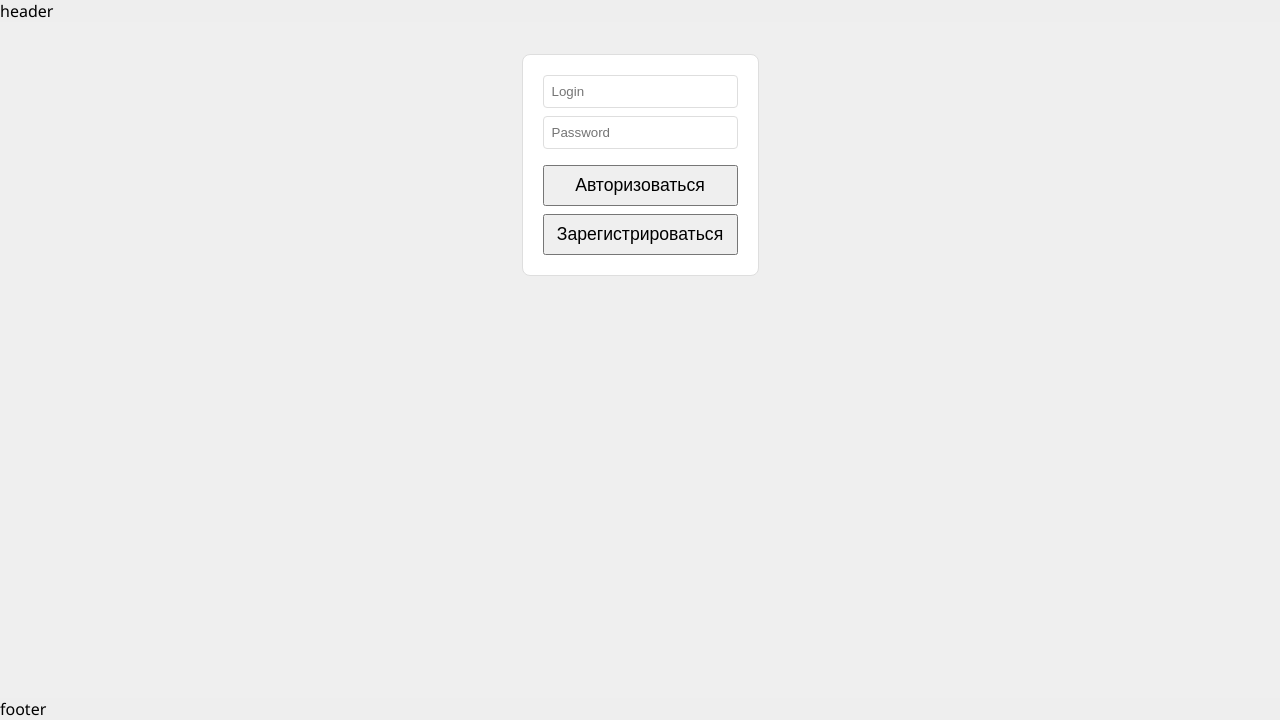
Repository: slep0y/fakeAuth
Page: index.html
The author's editor kept a copy of each file at every save. The page is drawn from the files as they stood at one save, then again after the next save.
The browser window is 1280 px wide. The pictures show the whole page.
The style sheet was rebuilt from its Sass, Less or Tailwind sources for each picture, by a compiler version that may differ from the author's.

Above is the page before, as saved 2025-01-19 18:11:48.

### index.html
<!DOCTYPE html>
<html lang="ru">
<head>
    <meta charset="UTF-8">
    <meta name="viewport" content="width=device-width, initial-scale=1.0">
    <!-- <link rel="stylesheet" href="./styles/special-style.css"> -->
    <link rel="stylesheet" href="/styles/style.css">
    <title>Document</title>
</head>
<body class="page">
    <header class="header">header</header>
    <main class="main">
        <section class="auth-section hidden">
            <div class="container">
                <div class="auth-section__inner">
                    <form action="*" class="form" id="authForm">
                        <div class="fieldgroup">
                            <input id="loginName" name="loginName" type="text" class="input" placeholder="Login">
                            <input id="loginPass" name="loginPass" type="password" class="input" placeholder="Password">
                        </div>
                        <div class="controls">
                            <button id="authButton" class="button">Авторизоваться</button>
                            <button id="regButton" class="button">Зарегистрироваться</button>
                        </div>
                    </form>
                </div>
            </div>
        </section>
        <section class="content hidden">
            <div class="container">
                <div class="content__inner">
                    <button id="exitButton" class="button">Выйти из профиля</button>
                    <h1>Приветствую</h1>
                </div>
            </div>
        </section>
    </main>
    <footer class="footer">footer</footer>

    <script src="./js/script.js"></script>
</body>
</html>

### js/script.js
let form = document.querySelector('#authForm'),
    authSection = document.querySelector('.auth-section'),
    content = document.querySelector('.content'),
    authButton = form.querySelector('#authButton'),
    regButton = form.querySelector('#regButton'),
    exitButton = document.querySelector('#exitButton'),
    loginName = form.querySelector('#loginName'),
    loginPass = form.querySelector('#loginPass');

function checkAuthData(){
    if(localStorage.getItem('authorize') && localStorage.getItem('userAuth')){
        let authName = localStorage.getItem('authorize'),
            usersBase = JSON.parse(localStorage.getItem('userAuth'));
        if(usersBase[authName]){
            content.classList.remove('hidden');
            authSection.classList.add('hidden');
            showMessage('Вы авторизованы как: ' + authName);
            cleanFields();
        }else{
            authSection.classList.remove('hidden');
            showMessage('Вы не авторизованы! Авторизуйтесь!');
        }
    }else{
        authSection.classList.remove('hidden');
        showMessage('Вы не авторизованы! Авторизуйтесь!');
    }
    cleanFields();
}

function authorize(e){
    e.preventDefault();
    let name = loginName.value,
        pass = loginPass.value;
    if(localStorage.getItem('userAuth')){
        let usersBase = JSON.parse(localStorage.getItem('userAuth'));
        if(usersBase[name] && pass == usersBase[name]['pass']){
            localStorage.setItem('authorize', name);
            checkAuthData();
        }else{
            showMessage('Неверные: Имя и Пароль');
        }
    }else{
        showMessage('Неверные: Имя и Пароль');
    }
}

function logout(e){
    e.preventDefault();
    localStorage.removeItem('authorize');
    showMessage('Вы вышли из профиля. Автризуйтесь!');
    content.classList.add('hidden');
    authSection.classList.remove('hidden');
}

function register(e){
    e.preventDefault();
    let name = loginName.value,
        pass = loginPass.value;
    if(name != '' && pass != ''){
        if(localStorage.getItem('userAuth')){
            let inBaseUserAuth = JSON.parse(localStorage.getItem('userAuth')),
                newUser = {
                    name: name,
                    pass: pass
                };
            inBaseUserAuth[name] = newUser;
            localStorage.setItem('userAuth', JSON.stringify(inBaseUserAuth));
            showMessage('Вы зарегистрированы! Авторизуйтесь!');
            cleanFields();
        }else{
            let newBaseUserAuth = {
                [name] : {
                    name: name,
                    pass: pass
                }
            };
            localStorage.setItem('userAuth', JSON.stringify(newBaseUserAuth));
            showMessage('Вы зарегистрированы! Авторизуйтесь!');
            cleanFields();
        }
    }
}

function showMessage(text){
    console.log(text);
}
function cleanFields(){
    loginName.value = '';
    loginPass.value = '';
}

checkAuthData();
authButton.onclick = authorize;
regButton.onclick = register;
exitButton.onclick = logout;

### styles/style.scss
@import "_base.scss";
@import "blocks/page/_page.scss";
@import "blocks/container/_container.scss";
@import "blocks/main/_main.scss";
@import "blocks/header/_header.scss";
@import "blocks/footer/_footer.scss";
@import "blocks/auth-section/_auth-section.scss";
@import "blocks/content/_content.scss";
@import "blocks/form/_form.scss";
@import "blocks/fieldgroup/_fieldgroup.scss";
@import "blocks/controls/_controls.scss";
@import "blocks/input/_input.scss";
@import "blocks/button/_button.scss";

### styles/_base.scss
:root{
    --segoe:'Segoe UI', Tahoma, Geneva, Verdana, sans-serif;
    --grey_lite: #dedede;
    --lite: #efefef;
}
body, html {
    margin: 0;
    padding: 0;
    height: 100%;
    font-family: var(--segoe);
}
*, *::after, *::before {
    box-sizing: border-box;
}
section{
    padding-block: 2rem;
}

### styles/blocks/page/_page.scss
.page{
    display: grid;
    grid-auto-rows: min-content auto min-content;
    background-color: var(--lite);
}

### styles/blocks/container/_container.scss
.container {
    width: 100%;
    margin-inline: auto;
    max-width: 1140px;
    padding-inline: 20px;
}

### styles/blocks/main/_main.scss
.main{

}

### styles/blocks/header/_header.scss
.header{
    background-color: #eee;
}

### styles/blocks/footer/_footer.scss
.footer{
    background-color: #eee;
}

### styles/blocks/auth-section/_auth-section.scss
.auth-section{
    display: block;
    &__inner{
        display: grid;
        justify-content: center;
    }
    &.hidden{
        display: none;
    }
}

### styles/blocks/content/_content.scss
.content{
    &.hidden{
        display: none;
    }
}

### styles/blocks/form/_form.scss
.form{
    max-width: 640px;
    width: 100%;
    display: grid;
    gap: 16px;
    border: 1px solid var(--grey_lite);
    padding: 20px;
    border-radius: 8px;
    background-color: #fff;
    &.hidden{
        display: none;
    }
}

### styles/blocks/fieldgroup/_fieldgroup.scss
.fieldgroup{
    display: grid;
    gap: 8px;
}

### styles/blocks/controls/_controls.scss
.controls{
    display: grid;
    gap: 8px;
}

### styles/blocks/input/_input.scss
.input{
    border: 1px solid var(--grey_lite);
    border-radius: 4px;
    padding: 8px;
    background-color: #fff;
    width: 100%;
}

### styles/blocks/button/_button.scss
.button{
    display: flex;
    justify-content: center;
    align-items: center;
    font-size: 1.1rem;
    width: 100%;
    padding: 8px;
}

After the next save:
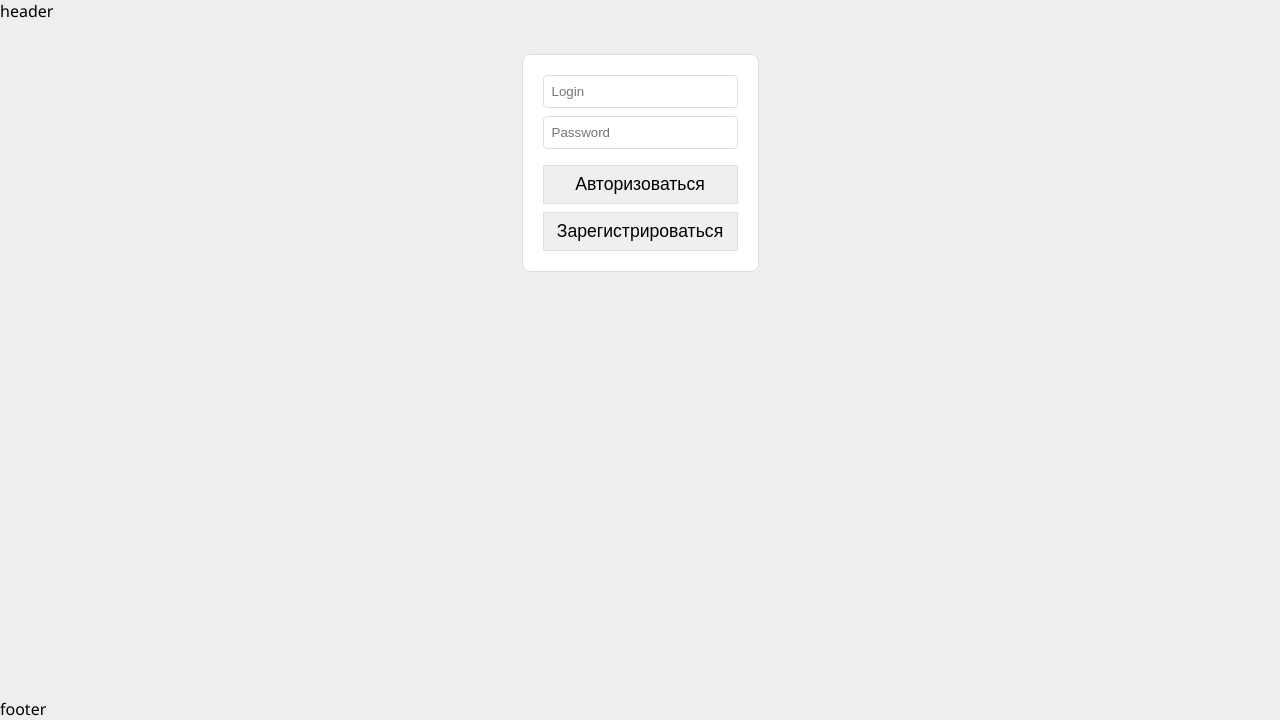
Saved 24 s later.
--- a/styles/blocks/button/_button.scss
+++ b/styles/blocks/button/_button.scss
@@ -5,4 +5,5 @@
     font-size: 1.1rem;
     width: 100%;
     padding: 8px;
+    border: 1px solid var(--grey_lite);
 }
